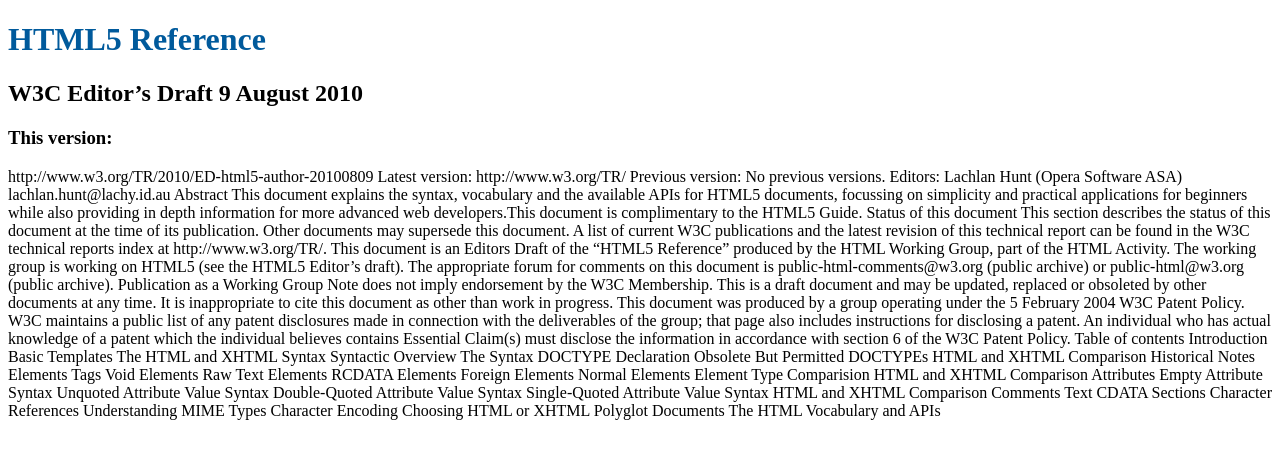
Repository: chanjin5212/Full-Stack-study
Page: client/ClientTest/src/main/webapp/html/htmlquestion/Q06.html
The author's editor kept a copy of each file at every save. The page is drawn from the files as they stood at one save, then again after the next save.
The browser window is 1280 px wide. The pictures show the whole page.

Above is the page before, as saved 2022-05-24 03:36:01.

After the next save:
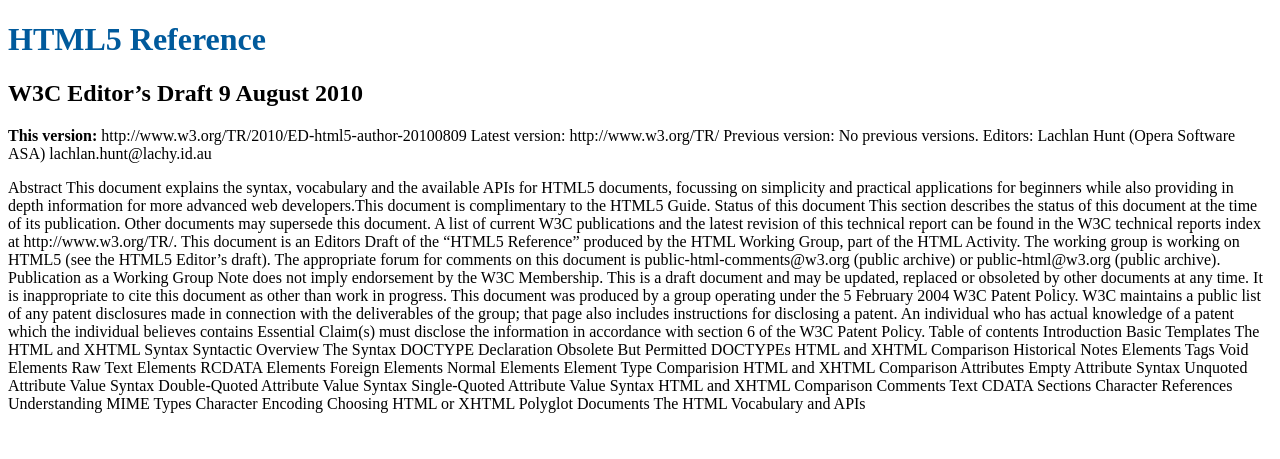
Saved 44 s later.
--- a/client/ClientTest/src/main/webapp/html/htmlquestion/Q06.html
+++ b/client/ClientTest/src/main/webapp/html/htmlquestion/Q06.html
@@ -7,14 +7,14 @@
 <body>
 <h1><font color="#005A9C">HTML5 Reference</font></h1>
 <h2>W3C Editor’s Draft 9 August 2010</h2>
-<h3>This version:</h3>
+<p><strong>This version:</strong>
 http://www.w3.org/TR/2010/ED-html5-author-20100809
 Latest version:
 http://www.w3.org/TR/
 Previous version:
 No previous versions.
 Editors:
-Lachlan Hunt (Opera Software ASA) lachlan.hunt@lachy.id.au
+Lachlan Hunt (Opera Software ASA) lachlan.hunt@lachy.id.au</p>
 
 Abstract
 This document explains the syntax, vocabulary and the available APIs for HTML5 documents, focussing on simplicity and practical applications for beginners while also providing in depth information for more advanced web developers.This document is complimentary to the HTML5 Guide.
